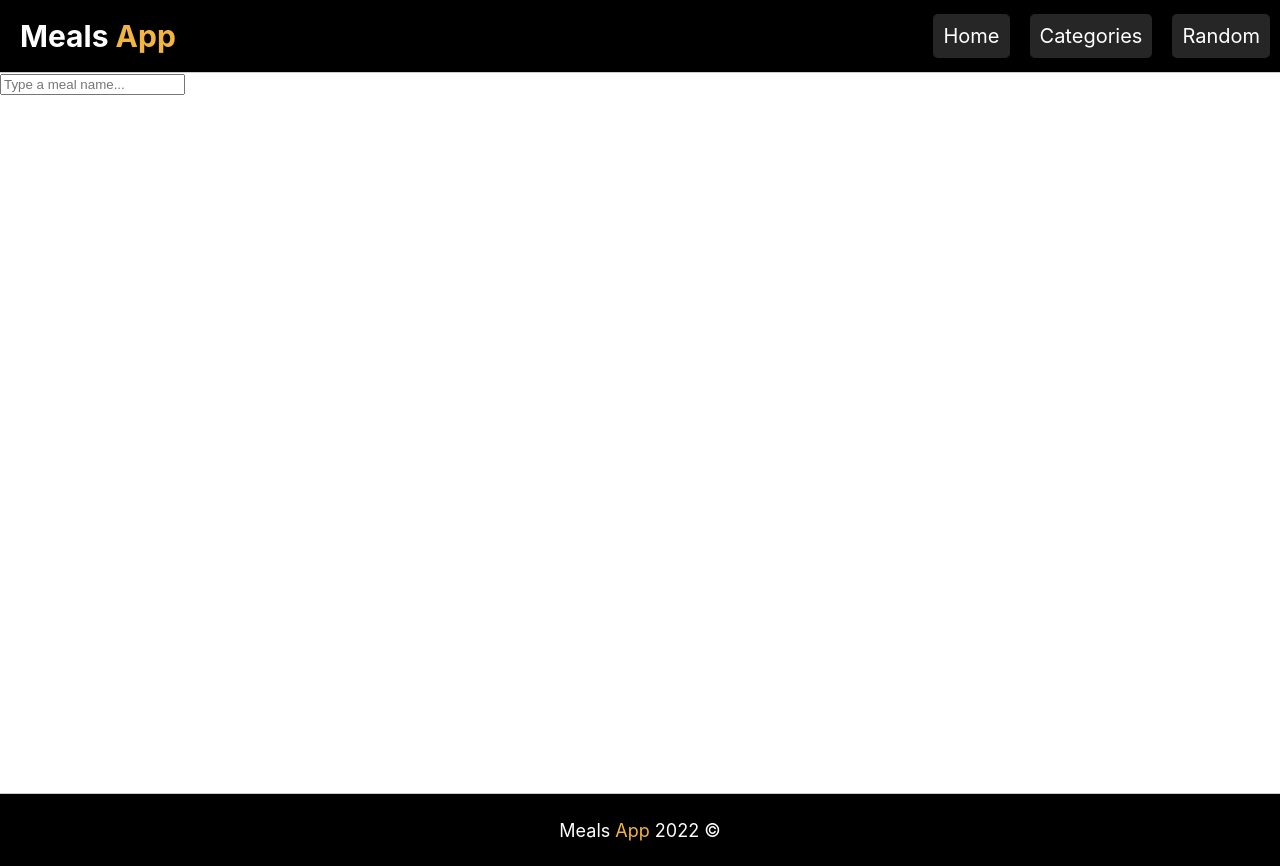
Repository: Shahriddinov/Meals
Page: /
An editor plug-in stored every save of this project. The page is shown before and after the next save, followed by the edit.
The browser window is 1280 px wide. The pictures show the whole page.
The project was rebuilt for these pictures with package versions that can differ from the ones it lists, and the page was loaded fresh each time. Also part of the build but not shown: src/components/Categories/Categories.js, src/components/RandomMeal/RandomMeal.js.

Above is the page before, as saved 2022-03-21 17:07:48.

### src/index.js
import React from 'react';
import ReactDOM from 'react-dom';
import { BrowserRouter } from 'react-router-dom';
import App from './App';
import { AppContext } from './components/context/context';

ReactDOM.render(
  <React.StrictMode>
    <BrowserRouter>
    <AppContext>
      <App />
    </AppContext>
    </BrowserRouter>

  </React.StrictMode>,
  document.getElementById('root')
);

### src/App.js
import React from 'react';
import { Footer } from './components/Footer/Footer';
import Navbar from './components/Navbar/Navbar';
import HomePage from './components/HomePage/HomePage'
import Categories from './components/Categories/Categories'
import "./App.scss"
import RandomMeal from './components/RandomMeal/RandomMeal'
import {BrowserRouter,  Routes, Route} from 'react-router-dom'

function App(props) {
    return (
        <div>
         <Navbar />

         <Routes>
          <Route  path="/" element={<HomePage/>} />
          <Route  path="/categories" element={<Categories/>}/>
          <Route  path="/random" element={<RandomMeal/>} />
          </Routes>
          <Footer/>
        </div>
    );
}

export default App;

### src/components/context/context.js
import React, {createContext} from 'react'

const myContext = createContext();

export const AppContext  = ({children}) =>{
  return <myContext.Provider>{children}</myContext.Provider>

}

### src/components/Footer/Footer.js
import React from 'react'
import "./Footer.scss"
export const Footer = () => {
  return (
    <div className="footer">
       <p>Meals <span>App</span> 2022 &copy;</p>
    </div>
  )
}

### src/components/Navbar/Navbar.js
import React from 'react'
import {Link} from 'react-router-dom'
import "./Navbar.scss"
const Navbar = () => {
  return (
    <div className="navbar">
      <div className="navbar-heading">
          <h1>Meals <span>App</span></h1>
      </div>
      <div className="navbar-links">
          <ul>
           <Link to="/">
             {""}
             <li>Home</li>
             </Link>
           <Link to="/categories">
             {""}
             <li>Categories</li>
             </Link>
           <Link to="/random">
             {""}
             <li>Random</li>
             </Link>
          </ul>
      </div>
    </div>
  )
}

export default Navbar

### src/components/HomePage/HomePage.js
import React from 'react'
import "./HomePage.scss"
function HomePage() {
  return (
    <div className="home">
      <div className="home-search">
        <input type="text" className="" placeholder="Type a meal name..."/>
      </div>
    </div>
  )
}

export default HomePage

### src/App.scss
body {
  padding: 0;
  margin: 0;
  box-sizing: border-box;
  font-family: -apple-system, BlinkMacSystemFont, "Segoe UI", Roboto, Oxygen,
    Ubuntu, Cantarell, "Open Sans", "Helvetica Neue", sans-serif;
}

### src/components/Footer/Footer.scss
.footer {
  display: flex;
  align-items: center;
  justify-content: center;
  text-align: center;
  background: #000000;
  color: #fff;
  height: 10vh;
  border-top: 1px solid #ccc;

  p {
    font-size: 18px;
    span {
      color: #f3b542;
    }
  }
}

### src/components/Navbar/Navbar.scss
.navbar {
  width: 100%;
  height: 10vh;
  background: #000000;
  color: #fff;
  display: flex;
  align-items: center;
  justify-content: space-between;
  flex-direction: row;
  border-bottom: 1px solid #ccc;
  &-heading {
    h1 {
      margin-left: 20px;
      font-size: 30px;
      span {
        color: #f3b542;
      }
    }
  }
  &-links {
    ul {
      display: flex;
      list-style: none;
    }
    a {
      color: #ffff;
      text-decoration: none;
      margin: 0px 10px;
      padding: 10px;
      background: lighten($color: #000000, $amount: 15);
      border-radius: 5px;
      font-size: 20px;
      transition: all 0.4s ease;
      &:hover {
        color: #f3b542;
      }
    }
  }
}

### src/components/HomePage/HomePage.scss
.home {
  min-height: 100vh;
  height: auto;
}

Loaded but not shown: public/index.html (common file)

After the next save:
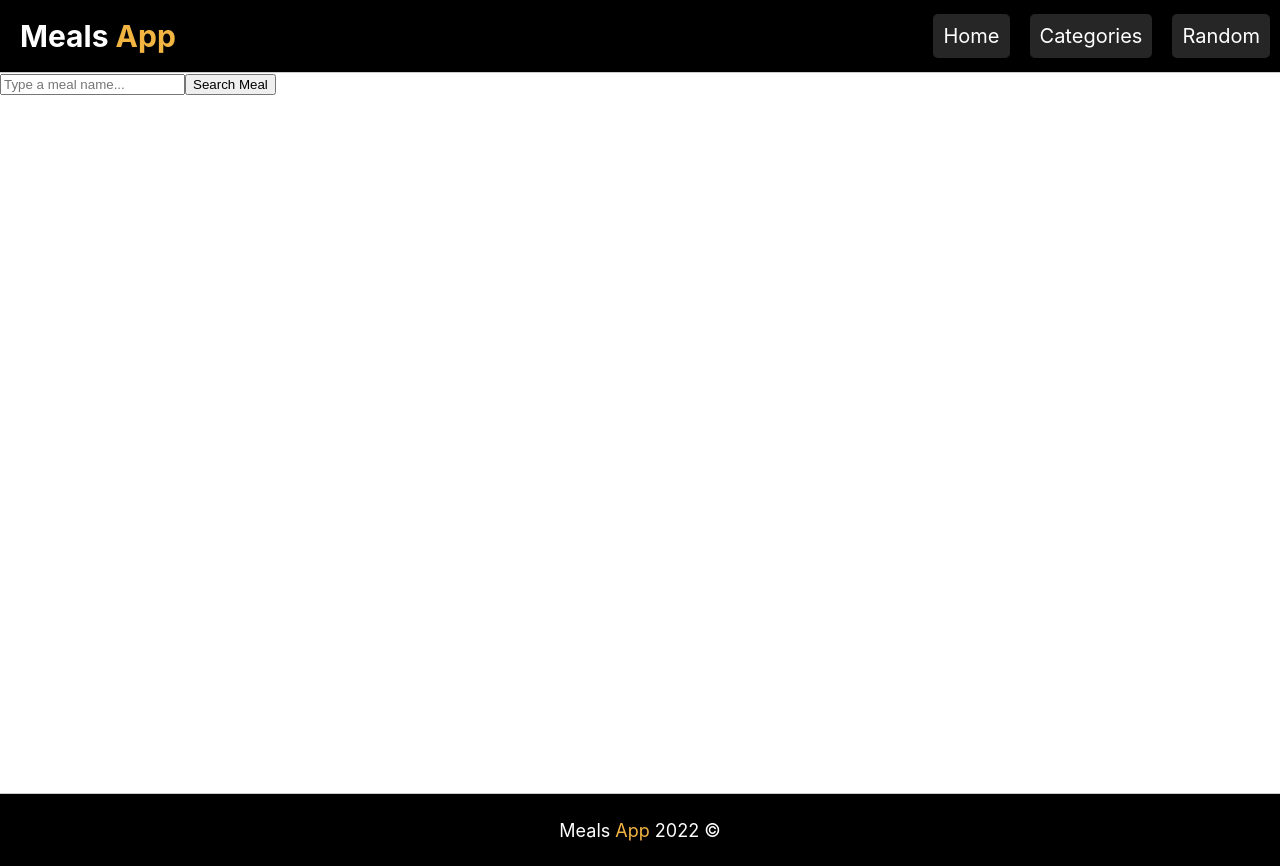
Saved 28 s later.
--- a/src/components/HomePage/HomePage.js
+++ b/src/components/HomePage/HomePage.js
@@ -5,6 +5,7 @@ function HomePage() {
     <div className="home">
       <div className="home-search">
         <input type="text" className="" placeholder="Type a meal name..."/>
+        <button>Search Meal</button>
       </div>
     </div>
   )
